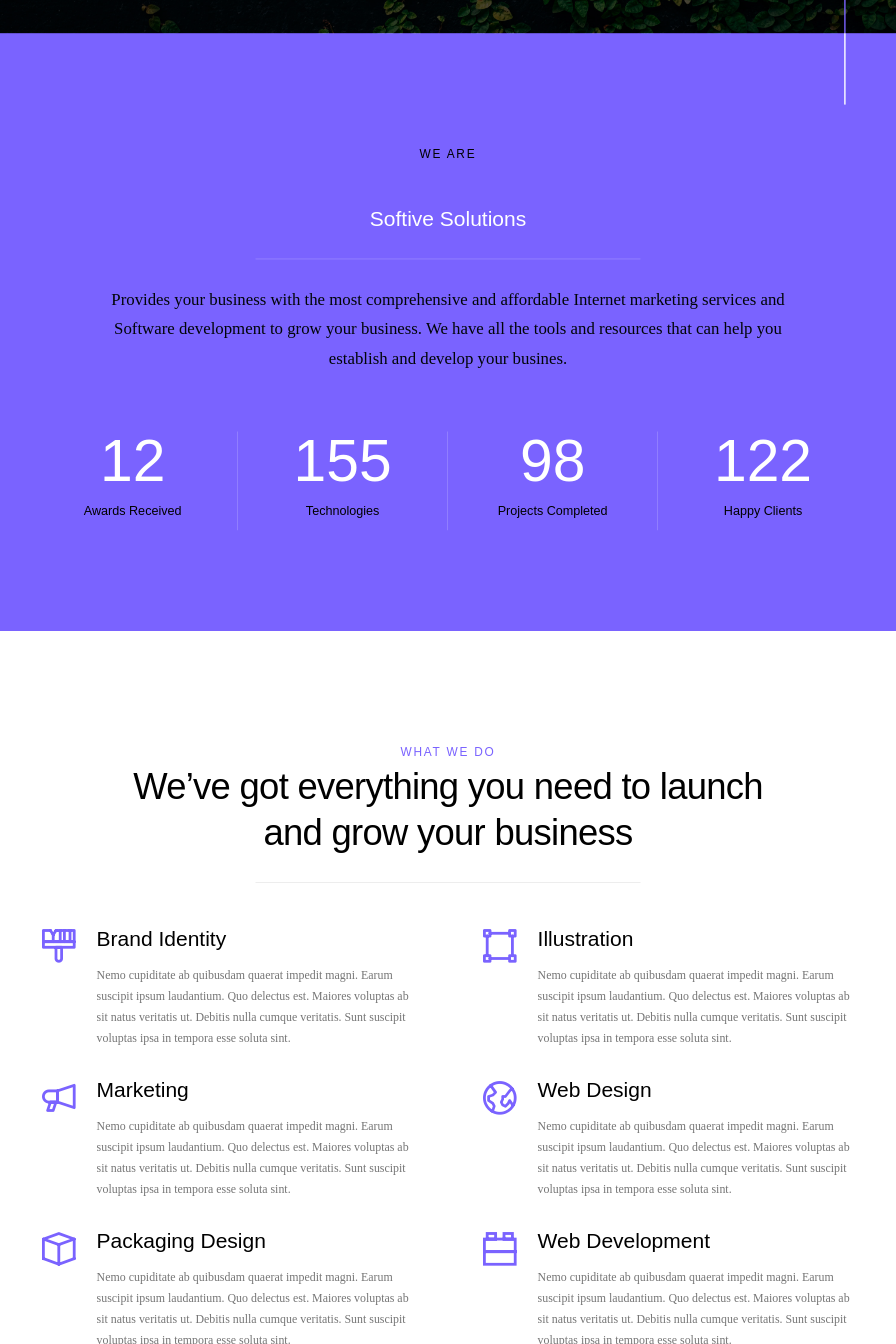
Repository: ahsankalim09/light-Agency
Page: index.html
The author's editor kept a copy of each file at every save. The page is drawn from the files as they stood at one save, then again after the next save.
The browser window is 1280 px wide. The pictures show the part of the page from y = 739 to 2659 px (the page is 8365 px tall before and 8360 px after), at 70% of full size.
Some web fonts or font styles are not loaded; a fallback is used.

Above is the page before, as saved 2020-12-27 19:30:07.

After the next save:
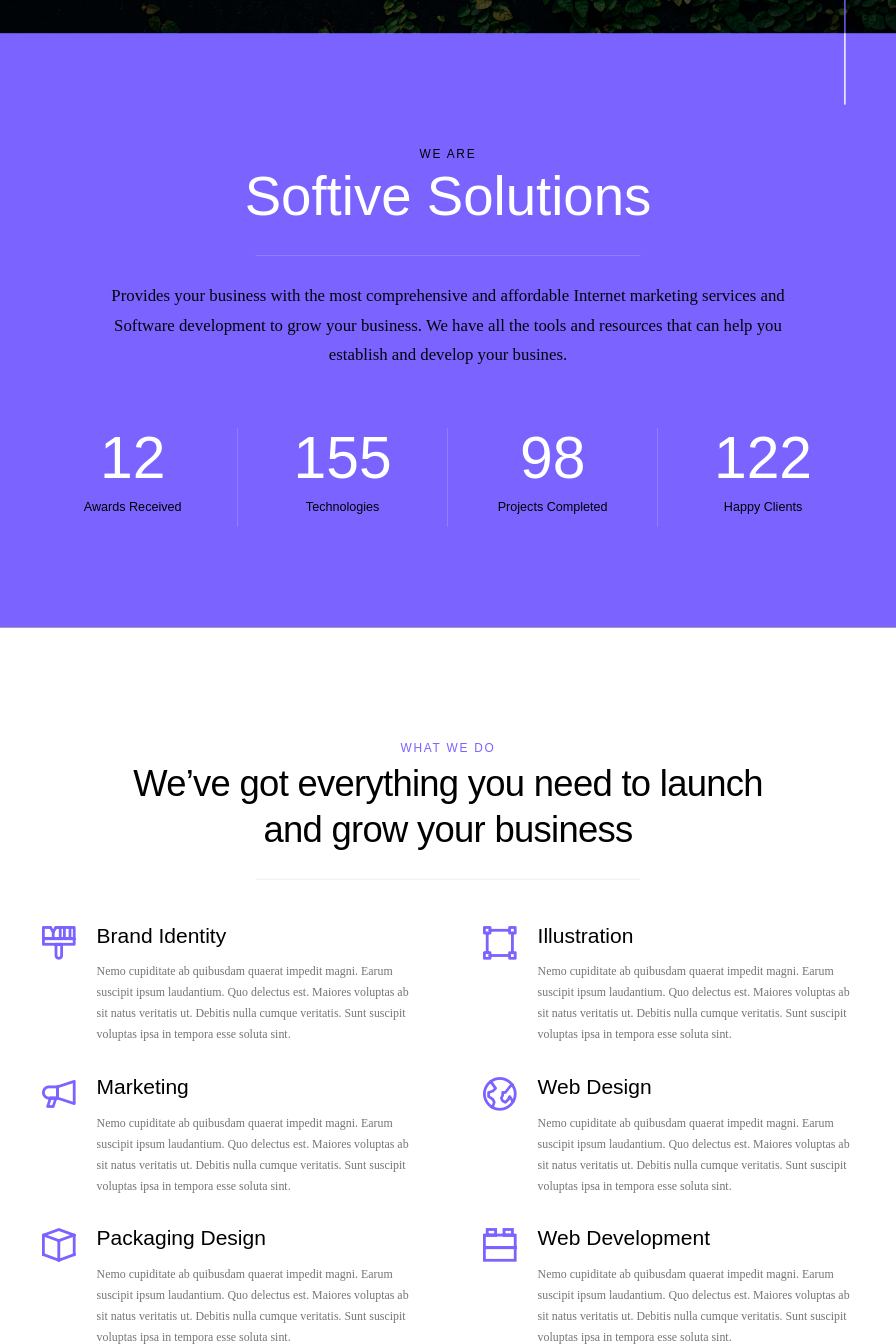
Saved 9 s later.
--- a/index.html
+++ b/index.html
@@ -122,7 +122,7 @@ More About Us
 <div class="row section-header has-bottom-sep" data-aos="fade-up">
 <div class="col-full">
 <h3 class="subhead subhead--dark">We Are</h3>
-<h2 class=" display-1--light">Softive Solutions</h2>
+<h5 class="display-1 display-1--light">Softive Solutions</h5>
 </div>
 </div>
 <div class="row about-desc" data-aos="fade-up">
